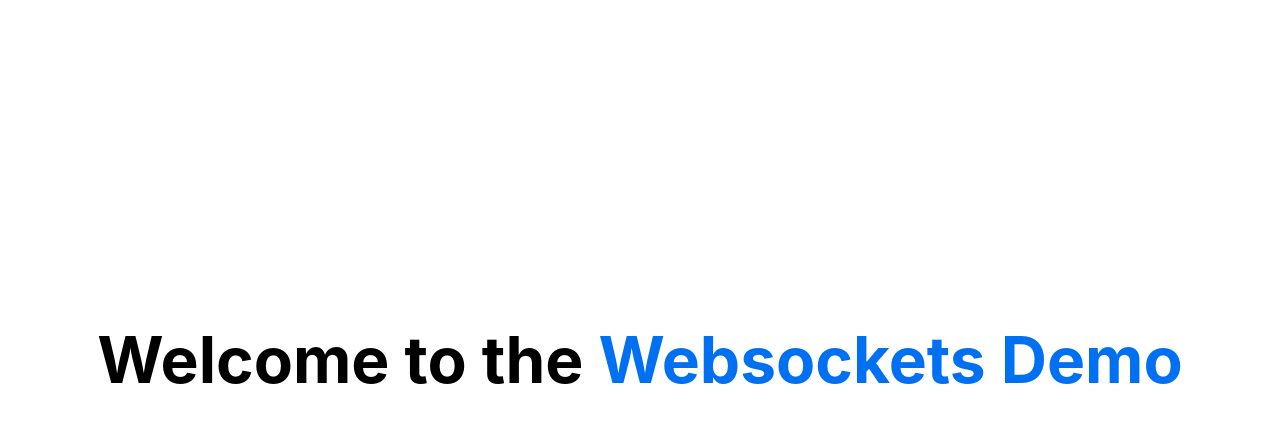
Repository: Sanshit-sagar/socketeer
Page: /
These files come from the project's save history. The page is drawn as it stood at one moment and after a run of saves; the edit follows.
The browser window is 1280 px wide. The pictures show the whole page.
The project was rebuilt for these pictures with package versions that can differ from the ones it lists, and the page was loaded fresh each time. The framework's server and built-in components were replaced by stand-ins that run in the browser. Also part of the build but not shown: next.config.js.

Above is the page before, as saved 2021-11-11 18:30:18.

### pages/index.tsx
import type { NextPage } from 'next'
import Head from 'next/head'
import Link from 'next/link'

import styles from '../styles/Home.module.css'

const Home: NextPage = () => {
  return (
    <div className={styles.container}>
      <Head>
        <title> WebSocket Demo </title>
        <meta name="description" content="A demo app for websockets" />
        <link rel="icon" href="/favicon.ico" />
      </Head>

      <main className={styles.main}>
        <h1 className={styles.title}>
          Welcome to the
          <Link href="/demo"> Websockets Demo </Link>
        </h1>
      </main>
    </div>
  )
}

export default Home

Loaded but not shown: pages/_app.tsx (common file); styles/globals.css (common file); styles/Home.module.css (common file)

After the next 3 saves:
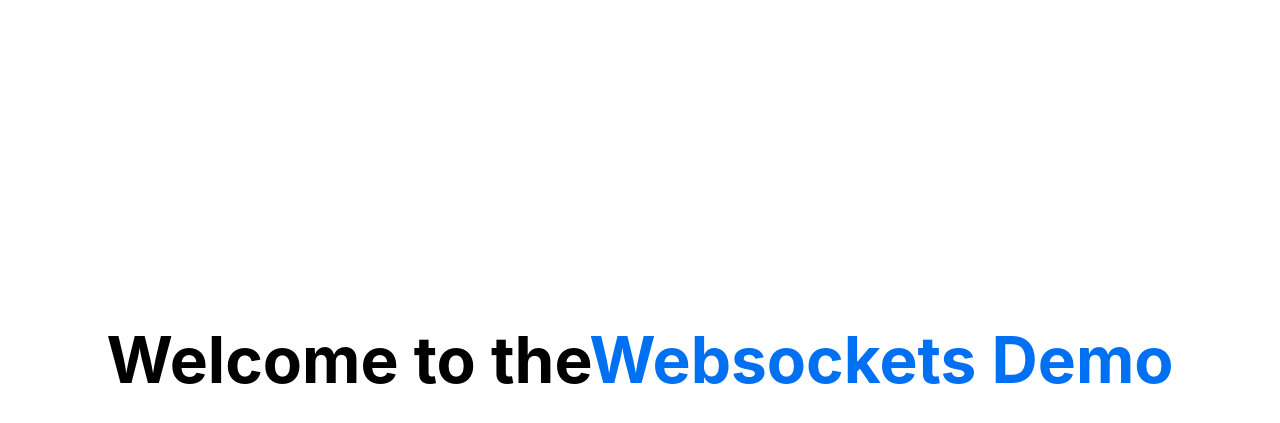
The 3 saves are shown as one change because they came seconds apart.
The last was saved 8 s later.
--- a/pages/index.tsx
+++ b/pages/index.tsx
@@ -16,7 +16,9 @@
       <main className={styles.main}>
         <h1 className={styles.title}>
           Welcome to the
-          <Link href="/demo"> Websockets Demo </Link>
+            <Link href="/demo">
+                Websockets Demo
+            </Link>
         </h1>
       </main>
     </div>

After the 3 saves that followed:
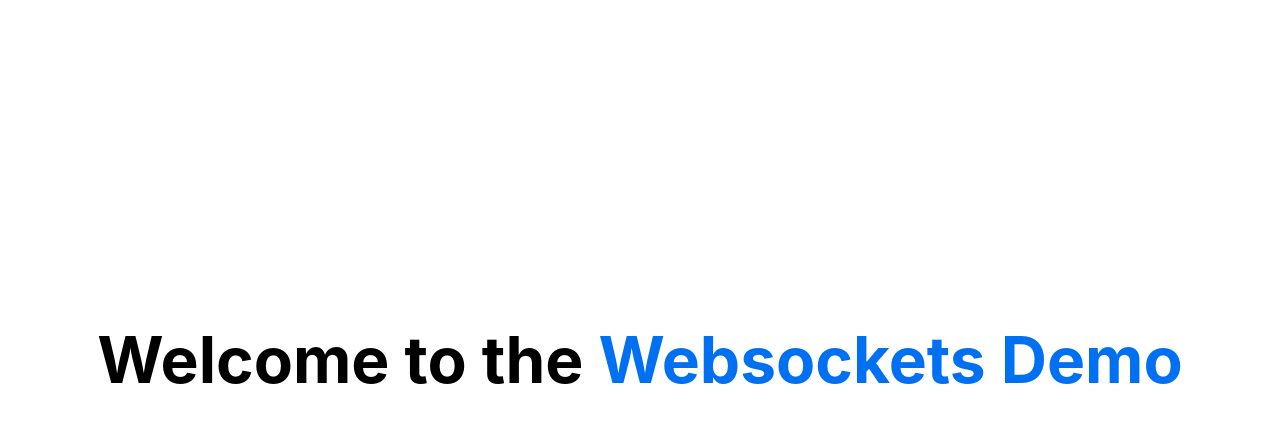
The 3 saves are shown as one change because they came seconds apart.
The last was saved 14 s later.
--- a/pages/index.tsx
+++ b/pages/index.tsx
@@ -15,10 +15,7 @@
 
       <main className={styles.main}>
         <h1 className={styles.title}>
-          Welcome to the
-            <Link href="/demo">
-                Websockets Demo
-            </Link>
+          Welcome to the <Link href="/demo"> Websockets Demo </Link>
         </h1>
       </main>
     </div>
